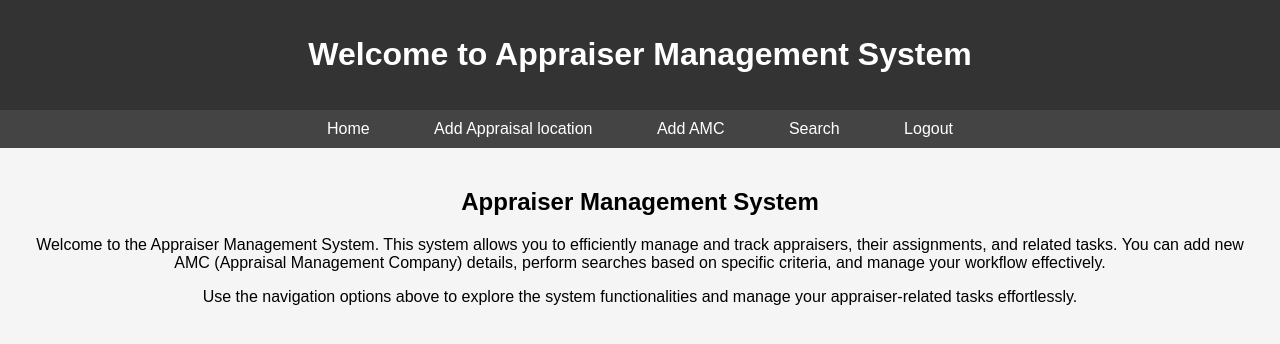
Repository: SaiKumarKota1919/zettamine-sai
Page: http://localhost/appraiser-management-system/home.jsp
An editor plug-in stored every save of this project. The page is shown before and after the next save, followed by the edit.
The browser window is 1280 px wide. The pictures show the whole page.
The page is served by Tomcat 10. The session is filled in as if someone had signed in: {"userName": "Test User"}.

Above is the page before, as saved 2023-12-30 01:12:37.

After the next save:
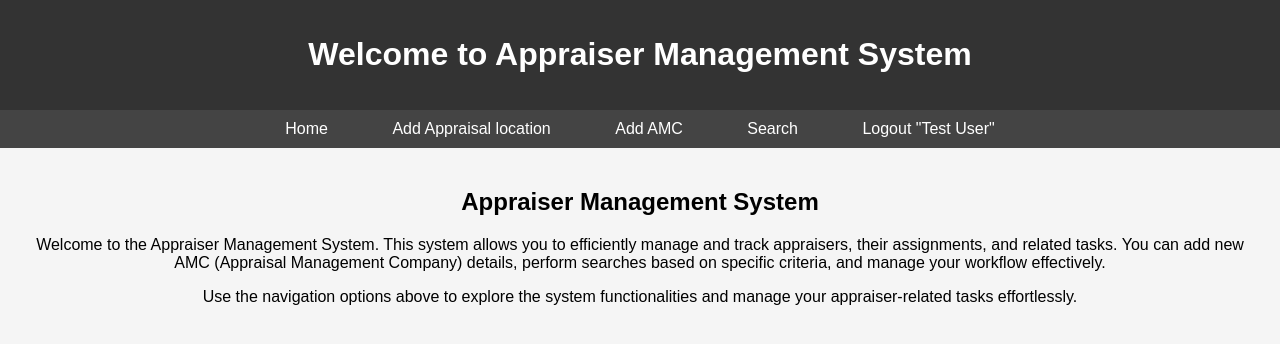
Saved 21 min 42 s later.
--- a/project-ams/appraiser-management-system/src/main/webapp/home.jsp
+++ b/project-ams/appraiser-management-system/src/main/webapp/home.jsp
@@ -20,7 +20,7 @@
     <a href="add_amc.html">Add AMC</a>
     <a href="search.html">Search</a>
 
-    <a href="#">Logout</a>
+    <a href="#">Logout "${userName}"</a>
   </nav>
 
   <div class="content">
